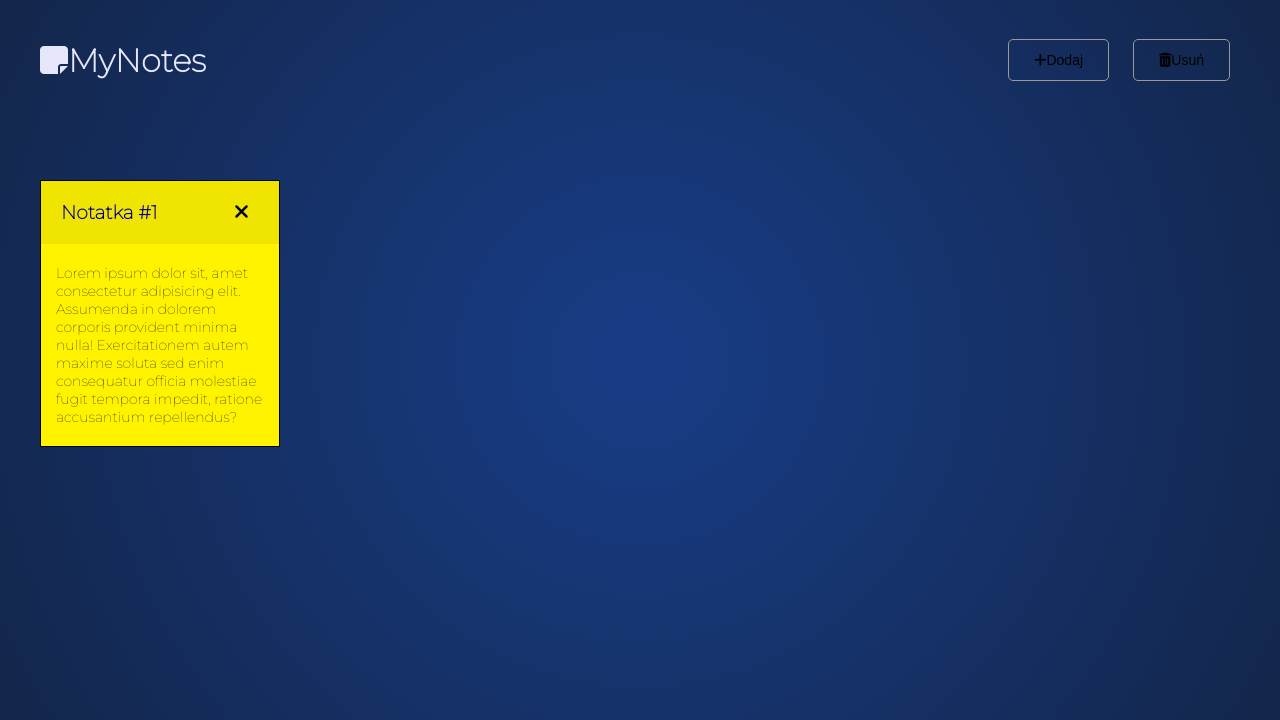
Repository: KrzysKolo/Projekt-7_Notes
Page: index.html
The author's editor kept a copy of each file at every save. The page is drawn from the files as they stood at one save, then again after the next save.
The browser window is 1280 px wide. The pictures show the whole page.
Some web libraries are served in a nearby version.

Above is the page before, as saved 2020-07-08 08:38:56.

### index.html
<!DOCTYPE html>
<html lang="en">
  <head>
    <meta charset="UTF-8" />
    <meta name="viewport" content="width=device-width, initial-scale=1.0" />
    <title>projekt 6 - My notes</title>
    <script
      src="https://kit.fontawesome.com/21efeaf281.js"
      crossorigin="anonymous"
    ></script>
    <link
      href="https://fonts.googleapis.com/css2?family=Montserrat:wght@100&display=swap"
      rel="stylesheet"
    />
    <link rel="stylesheet" href="/css/style.css" />
  </head>
  <body>
    <div class="menu">
      <h1><i class="fas fa-sticky-note"></i>MyNotes</h1>
      <div class="menu-buttons">
        <button class="add icon"><i class="fas fa-plus"></i>Dodaj</button>
        <button class="delete-all icon">
          <i class="fas fa-trash-alt"></i>Usuń
        </button>
      </div>
    </div>

    <div class="note-area">
      <div class="note">
        <div class="note-header">
          <h3 class="note-title">Notatka #1</h3>
          <button class="delete-note"><i class="fas fa-times icon"></i></button>
        </div>

        <div class="note-body">
          Lorem ipsum dolor sit, amet consectetur adipisicing elit. Assumenda in
          dolorem corporis provident minima nulla! Exercitationem autem maxime
          soluta sed enim consequatur officia molestiae fugit tempora impedit,
          ratione accusantium repellendus?
        </div>
      </div>
    </div>

    <div class="note-panel">
      <h2>Dodaj notatkę</h2>
      <label for="category">Wybierz kategorię: </label>
      <select id="category">
        <option value="0" disabled selected>- Wybierz kategorię -</option>
        <option value="1">Praca</option>
        <option value="2">Dom</option>
        <option value="3">Zakupy</option>
        <option value="4">Inne</option>
      </select>

      <label for="text">Wpisz treść notatki</label>
      <textarea id="text"></textarea>

      <p class="error">UzupeLnij wszystkie pola!</p>
      <div class="panel-buttons">
        <button class="save icon"><i class="fas fa-save">Zapisz</i></button>
        <button class="cancel icon">
          <i class="far fa-window-close"></i>Anuluj
        </button>
      </div>
    </div>
    <script src="./js/index.js"></script>
    <script>
      const mynotes = new MyNotes();
      mynotes.initializeMyNotes();
    </script>
  </body>
</html>

### css/style.css
* {
  box-sizing: border-box;
  padding: 0;
  margin: 0;
}
body {
  height: 100vh;
  font-family: "Montserrat", sans-serif;
  background-image: radial-gradient(
    circle,
    rgba(24, 60, 132, 1) 5%,
    rgba(19, 38, 75, 1) 100%
  );
  color: lavender;
}
.menu {
  display: flex;
  justify-content: space-between;
  align-items: center;
  padding: 40px;
  height: 120px;
}
.menu button,
.note-panel .save,
.note-panel .cancel {
  padding: 12px 25px;
  background: none;
  border: 1px solid #999;
  border-radius: 5px;
  font-size: 14px;
  cursor: pointer;
  transition: background-color 0.3s, color 0.3s;
}
.menu button:hover,
.note-panel .save:hover,
.note-panel .cancel:hover {
  background-color: navy;
  color: paleturquoise;
}
.icon {
  margin-right: 10px;
}
.add {
  margin-right: 20px;
}
.note-area {
  display: flex;
  /*align-items: start;*/
  flex-wrap: wrap;
  padding: 20px;
}
.note {
  margin: 40px 20px;
  width: 240px;
  background-color: rgb(255, 243, 0);
  color: darkblue;
  border: 1px solid black;
}
.note-header {
  display: flex;
  justify-content: space-between;
  align-items: center;
  padding: 20px;
  background-color: rgba(0, 0, 0, 0.06);
}
.note-header .delete-note {
  background: none;
  font-size: 20px;
  border: none;
  cursor: pointer;
}
.note-body {
  padding: 20px 15px;
  font-size: 14px;
  color: black;
}
.note-panel {
  display: none;
  justify-content: center;
  align-items: center;
  flex-direction: column;
  position: absolute;
  top: 50%;
  left: 50%;
  transform: translate(-50%, -50%);
  padding: 40px 0;
  width: 600px;
  background-color: rgb(21, 48, 101);
  box-shadow: 0 0 10px black;
  border-radius: 5px;
}
.note-panel h2 {
  margin-bottom: 20px;
  text-transform: uppercase;
}
.note-panel label {
  margin-bottom: 10px;
}
.note-panel #text,
.note-panel #category {
  margin-bottom: 20px;
  padding: 10px 20px;
  width: 100%;
  max-width: 90%;
  max-height: 600px;
  font-size: 16px;
  border-radius: 5px;
  border: 1px solid black;
}
.note-panel .error {
  margin-bottom: 20px;
  color: red;
  visibility: hidden;
}

### js/index.js
class MyNotes {
  constructor() {
    this.selectedValue;
    this.cardId = 0;

    this.UiSelectors = {
      add: ".add",
      deleteAll: ".delete-all",
      deleteNote: "delete-note",
      note: ".note",
      save: ".save",
      cancel: ".cancel",

      noteArea: ".note-area",
      notePanel: ".note-panel",
      category: "#category",
      textArea: "#text",
      error: ".error",
    };
  }
  initializeMyNotes() {
    this.addBtn = document.querySelector(this.UiSelectors.add);
    this.deleteAllBtn = document.querySelector(this.UiSelectors.deleteAll);
    this.saveBtn = document.querySelector(this.UiSelectors.save);
    this.cancelBtn = document.querySelector(this.UiSelectors.cancel);
    this.deleteNoteBtn = document.getElementsByClassName(
      this.UiSelectors.deleteNote
    );

    this.NoteArea = document.querySelector(this.UiSelectors.noteArea);
    this.NotePanel = document.querySelector(this.UiSelectors.notePanel);
    this.Category = document.querySelector(this.UiSelectors.category);
    this.TextArea = document.querySelector(this.UiSelectors.textArea);
    this.Error = document.querySelector(this.UiSelectors.error);
    console.log("berek");

    this.addEventListeners();
  }
  addEventListeners() {
    this.addBtn.addEventListener("click", () => this.openPanel());
    this.cancelBtn.addEventListener("click", () => this.closePanel());
  }

  openPanel() {
    this.NotePanel.style.display = "flex";
  }
  closePanel() {
    (this.NotePanel.style.display = "none"),
      (this.Error.style.visibility = "hidden"),
      (this.TextArea.value = "");
    this.Category.selectedIndex = 0;
  }
}

After the next save:
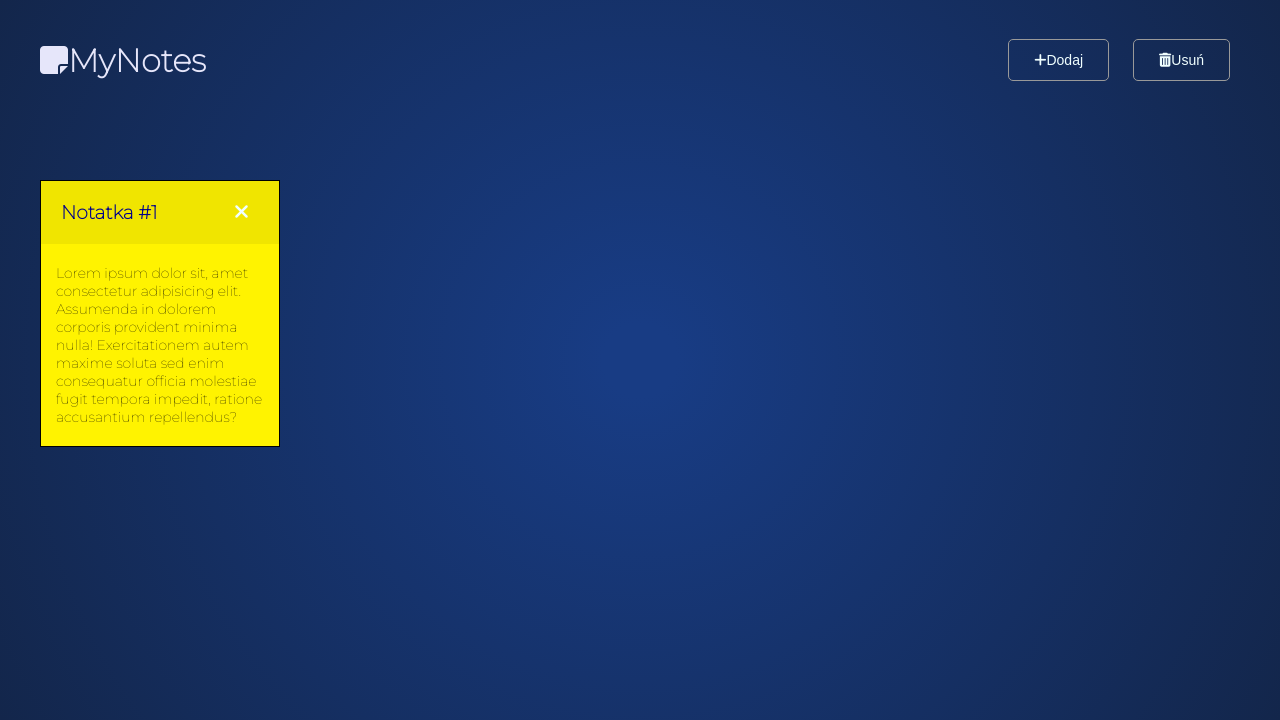
Saved 77 s later.
--- a/css/style.css
+++ b/css/style.css
@@ -39,6 +39,7 @@ body {
 }
 .icon {
   margin-right: 10px;
+  color: azure;
 }
 .add {
   margin-right: 20px;
